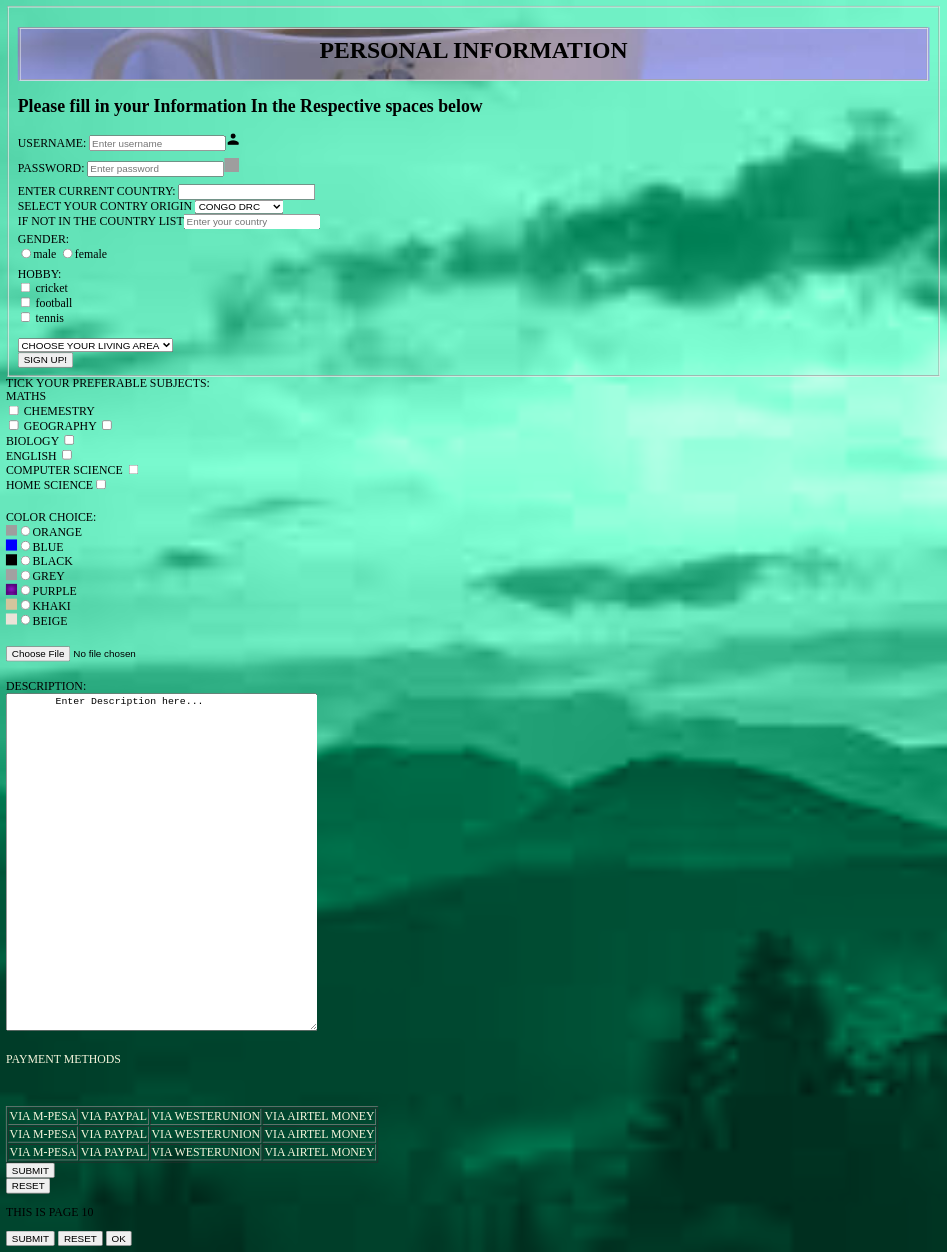
Repository: mirambialex/myform
Page: website/INDEX.HTML
The author's editor kept a copy of each file at every save. The page is drawn from the files as they stood at one save, then again after the next save.
The browser window is 1280 px wide. The pictures show the whole page, at 74% of full size.
Pictures or frames that could not be fetched are drawn as grey boxes.

Above is the page before, as saved 2024-04-23 09:49:41.

After the next save:
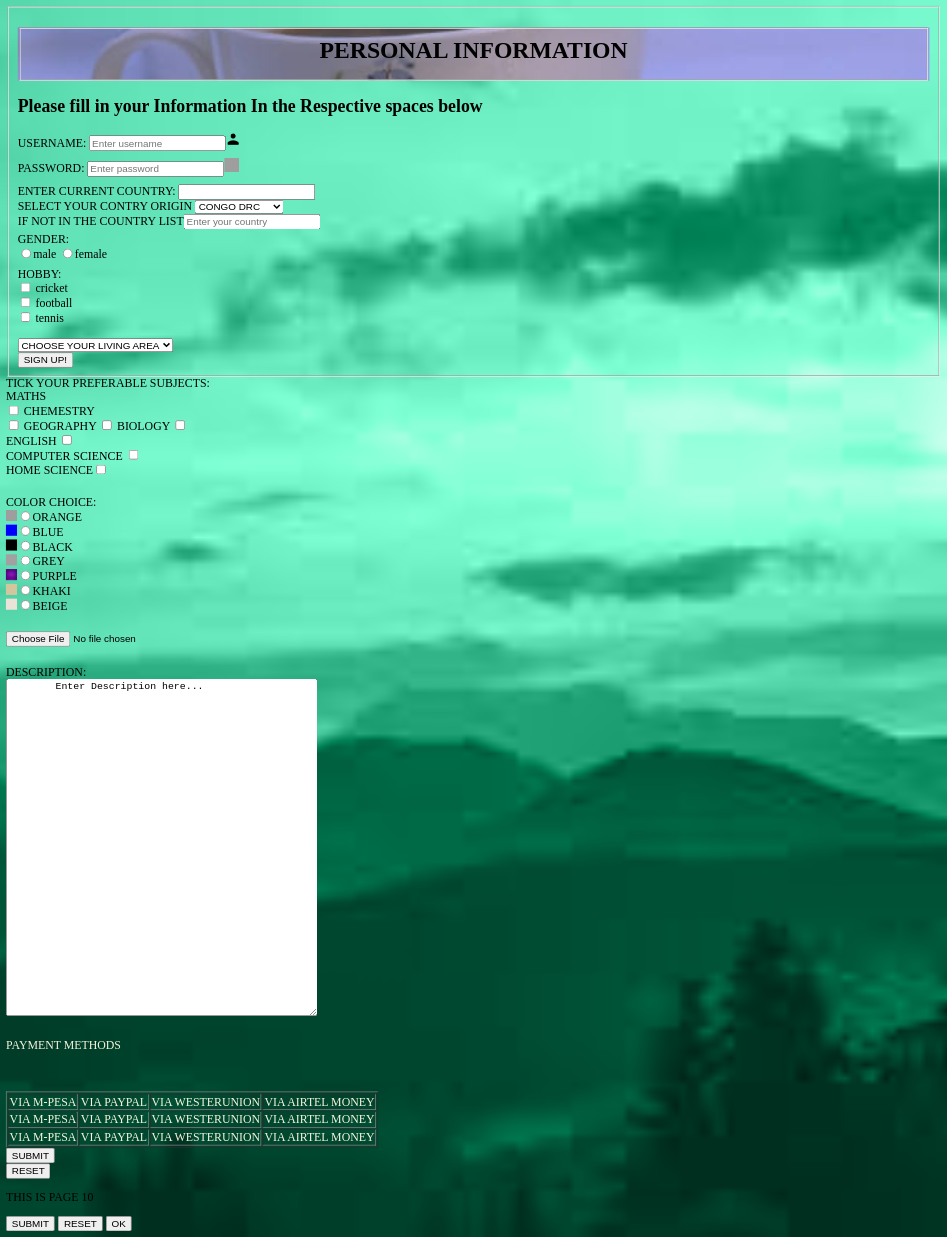
Saved 19 s later.
--- a/website/INDEX.HTML
+++ b/website/INDEX.HTML
@@ -74,7 +74,7 @@
     <DIV class="FORM"></A>TICK YOUR PREFERABLE SUBJECTS: <BR/>
         MATHS <BR/><input TYPE="checkbox" NAME="MATHS" VALUE="ON">
     CHEMESTRY <BR/><INPUT type="checkbox" NAME="CHEMESTRY" VALUE="ON">
-        GEOGRAPHY <INPUT type="checkbox" NAME="GEOGRAPHY" value="ON"><BR/>
+        GEOGRAPHY <INPUT type="checkbox" NAME="GEOGRAPHY" value="ON">
             BIOLOGY <INPUT type="checkbox" NAME="BIOLOGY" VALUE="ON"><BR/>
                 ENGLISH <input type="checkbox" name="ENGLISH" value="ON"><BR/>
                 COMPUTER SCIENCE <input TYPE="checkbox" name="COMPUTER SCIENCE" value="ON"><BR/>

After the save that followed:
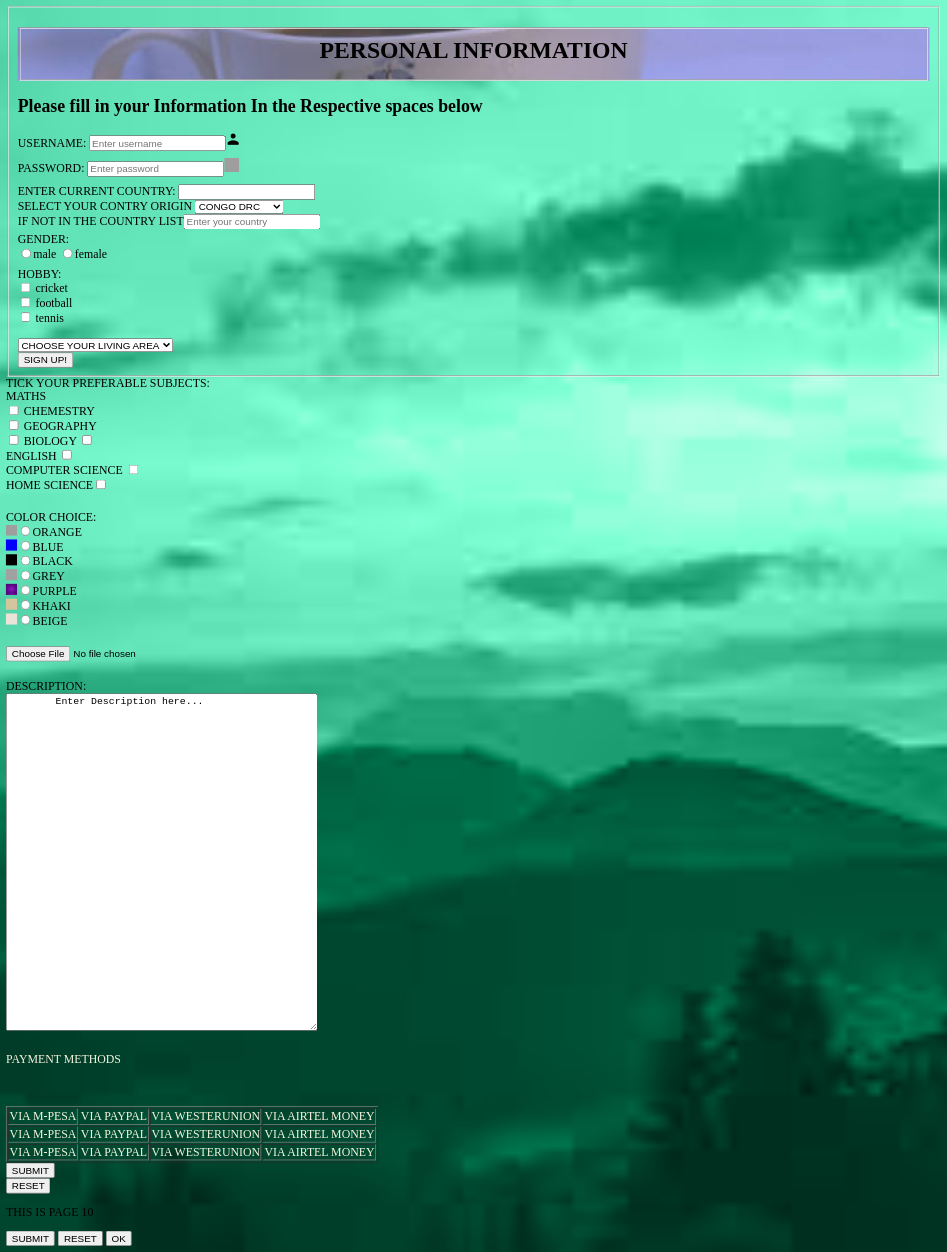
Saved 5 s later.
--- a/website/INDEX.HTML
+++ b/website/INDEX.HTML
@@ -74,7 +74,7 @@
     <DIV class="FORM"></A>TICK YOUR PREFERABLE SUBJECTS: <BR/>
         MATHS <BR/><input TYPE="checkbox" NAME="MATHS" VALUE="ON">
     CHEMESTRY <BR/><INPUT type="checkbox" NAME="CHEMESTRY" VALUE="ON">
-        GEOGRAPHY <INPUT type="checkbox" NAME="GEOGRAPHY" value="ON">
+        GEOGRAPHY <BR/><INPUT type="checkbox" NAME="GEOGRAPHY" value="ON">
             BIOLOGY <INPUT type="checkbox" NAME="BIOLOGY" VALUE="ON"><BR/>
                 ENGLISH <input type="checkbox" name="ENGLISH" value="ON"><BR/>
                 COMPUTER SCIENCE <input TYPE="checkbox" name="COMPUTER SCIENCE" value="ON"><BR/>
